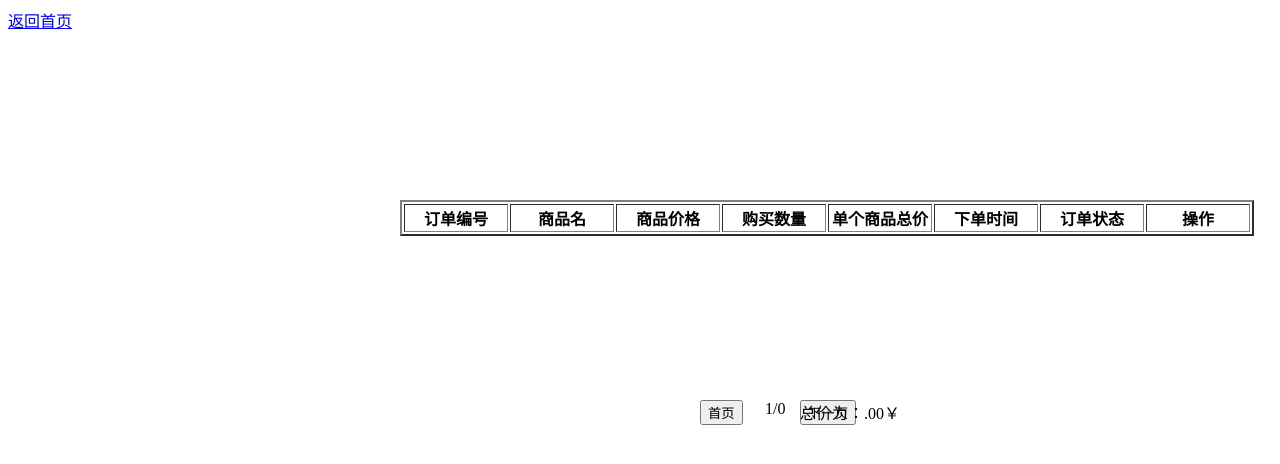
Repository: Gale-student/Gale-student.github.io
Page: http://localhost/weshop/OrdersDetailUnpaidQueryServlet
These files come from the project's save history. The page is drawn as it stood at one moment and after the next save; the edit follows.
The browser window is 1280 px wide. The pictures show the whole page.
The page is served by Tomcat 9. Other server files are loaded and not shown. Queries for data that is not in the repository find no rows.

Above is the page before, as saved 2022-10-05 11:03:58.

### WeShop/weshop/WebRoot/WEB-INF/jsp/OrdersUnpaidQueryOfUser.jsp
<%@ page language="java" import="java.util.*,com.company.entity.*" pageEncoding="utf-8"%>
<%
String path = request.getContextPath();
String basePath = request.getScheme()+"://"+request.getServerName()+":"+request.getServerPort()+path+"/";
%>

<!DOCTYPE HTML PUBLIC "-//W3C//DTD HTML 4.01 Transitional//EN">
<html>
  <head>
    <base href="<%=basePath%>">

    <title>My JSP 'OrdersUnpaidQueryOfUser.jsp' starting page</title>

	<meta http-equiv="pragma" content="no-cache">
	<meta http-equiv="cache-control" content="no-cache">
	<meta http-equiv="expires" content="0">
	<meta http-equiv="keywords" content="keyword1,keyword2,keyword3">
	<meta http-equiv="description" content="This is my page">
	<!--
	<link rel="stylesheet" type="text/css" href="styles.css">
	-->
  <%
      List<OrdersDetail> ordersDetailList = (List<OrdersDetail>)request.getAttribute("ordersDetailList");

      int currentPage = (Integer) session.getAttribute("currentPage");
      int allPage = (Integer) session.getAttribute("allPage");

      String upPage = "上一页";
      String downPage = "下一页";
      if(currentPage == 1){
         upPage = "首页";
      }
      if(currentPage == allPage){
         downPage = "尾页";
      }

      String totalPrice = (String) request.getAttribute("totalPrice");
      if(totalPrice == null){
         totalPrice = "";
      }
   %>
    <style type="text/css">
     th{
        width: 100px;
     }
     td{
        width: 100px;
     }
   </style>
  </head>

  <body>
   <a href="ShoppingHomePage.jsp">返回首页</a>
    <table style="position: absolute; left: 400px; top: 200px; text-align: center;" border="2" cellspacing="2">
       <tr>
          <th>订单编号</th>
          <th>商品名</th>
          <th>商品价格</th>
          <th>购买数量</th>
          <th>单个商品总价</th>
          <th>下单时间</th>
          <th>订单状态</th>
          <th>操作</th>
       </tr>
       <%for(int i = 0; i < ordersDetailList.size(); i ++){ %>
       <tr>
          <td><%=ordersDetailList.get(i).getOid() %></td>
          <td><%=ordersDetailList.get(i).getSname() %></td>
          <td><%=ordersDetailList.get(i).getSprice() %>.00￥</td>
          <td><%=ordersDetailList.get(i).getQuantity() %>.0</td>
          <td><%=ordersDetailList.get(i).getShopPrice() %>.00￥</td>
          <td><%=ordersDetailList.get(i).getDate() %></td>
          <td><%=ordersDetailList.get(i).getStatus() %></td>
          <td>
             <form action="OrdersCancelOfUserServlet" method="post">
                <input style="position: absolute; visibility: hidden;" type="text" value=<%=ordersDetailList.get(i).getOid() %> name="oid">
                <input type="submit" value="取消订单">
             </form>
          </td>
       </tr>
       <%} %>
    </table>
    <div style="position: absolute; left: 700px; top: 400px;">
    <form action="OrdersDetailUnpaidUpPageServlet" method="post">
       <input type="submit" value=<%=upPage %>>
    </form>
    <label style="position: absolute; top: 0px; left: 65px;"><%=currentPage + "/" + allPage %></label>
    <form style="position: absolute; top: 0px; left: 100px;" action="OrdersDetailUnpaidDownPageServlet" method="post">
       <input type="submit" value=<%=downPage %>>
    </form>

    </div>
    <label style="position: absolute; left: 800px; top: 400px;">总价为：<%=totalPrice %>.00￥</label>
  </body>
</html>

### WeShop/weshop/src/com/company/controller/OrdersDetailUnpaidQueryServlet.java
package com.company.controller;

import java.io.IOException;
import java.io.PrintWriter;
import java.util.List;

import javax.servlet.ServletException;
import javax.servlet.http.HttpServlet;
import javax.servlet.http.HttpServletRequest;
import javax.servlet.http.HttpServletResponse;
import javax.servlet.http.HttpSession;

import com.company.entity.OrdersDetail;
import com.company.service.OrdersService;
import com.company.service.OrdersServiceImpl;

public class OrdersDetailUnpaidQueryServlet extends HttpServlet {

	/**
	 * The doGet method of the servlet. <br>
	 *
	 * This method is called when a form has its tag value method equals to get.
	 *
	 * @param request the request send by the client to the server
	 * @param response the response send by the server to the client
	 * @throws ServletException if an error occurred
	 * @throws IOException if an error occurred
	 */
	public void doGet(HttpServletRequest request, HttpServletResponse response)
			throws ServletException, IOException {

		doPost(request, response);
	}

	/**
	 * The doPost method of the servlet. <br>
	 *
	 * This method is called when a form has its tag value method equals to post.
	 *
	 * @param request the request send by the client to the server
	 * @param response the response send by the server to the client
	 * @throws ServletException if an error occurred
	 * @throws IOException if an error occurred
	 */
	public void doPost(HttpServletRequest request, HttpServletResponse response)
			throws ServletException, IOException {

		HttpSession hs = request.getSession();
		String uid = (String)hs.getAttribute("uid");
		OrdersService ordersService = new OrdersServiceImpl();
		try {
			List<OrdersDetail> ordersDetailList = ordersService.queryOrdersDetailUnpaid(uid, 0);
			int allRows = ordersService.OrdersDetailUnpaidAllRows(uid);
			int allPage = allRows / 3;
			if(allRows % 3 != 0){
				allPage ++;
			}
			String totalPrice = ordersService.queryTotalPriceOfUserUnpaidOrders(uid);
			request.setAttribute("totalPrice", totalPrice);
			hs.setAttribute("allPage", allPage);
			hs.setAttribute("currentPage", 1);
			request.setAttribute("ordersDetailList", ordersDetailList);
			request.getRequestDispatcher("WEB-INF/jsp/OrdersUnpaidQueryOfUser.jsp").forward(request, response);
		} catch (Exception e) {
			// TODO Auto-generated catch block
			e.printStackTrace();
		}

	}

}

### WeShop/weshop/src/com/company/service/OrdersServiceImpl.java
package com.company.service;

import java.util.List;

import com.company.dao.OrdersDao;
import com.company.dao.OrdersDaoImpl;
import com.company.entity.Orders;
import com.company.entity.OrdersDetail;

public class OrdersServiceImpl implements OrdersService {
	private OrdersDao ordersDao = new OrdersDaoImpl();

    //获取订单表总行数
	public int OrdersAllRows() throws Exception {
		int ordersAllRows = ordersDao.OrdersAllRows();
		return ordersAllRows;
	}

    //添加订单(购买 下单 默认未支付状态)
	public void addOrders(String uid, String sid, String quantity)
			throws Exception {
		ordersDao.insertOrders(uid, sid, quantity);
	}

    //取消订单
	public void cancelOrders(String oid) throws Exception {
		ordersDao.deleteOrders(oid);
	}

    //订单表分页
	public List<Orders> ordersPagingQuery(int page) throws Exception {
		List<Orders> ordersList = ordersDao.ordersPaging(page * 3, 3);
		return ordersList;
	}

    //根据订单编号查订单
	public List<Orders> queryOrdersByOid(String oid) throws Exception {
		List<Orders> ordersList = ordersDao.selectOrdersByOid(oid);
		return ordersList;
	}

    //查看未支付订单
	public List<Orders> queryOrdersByStatusUnpaid() throws Exception {
		List<Orders> ordersList = ordersDao.selectOrdersByStatusUnpaid();
		return ordersList;
	}

	//通过用户ID查订单
	public List<Orders> queryOrdersByUid(String uid) throws Exception {
		List<Orders> ordersList = ordersDao.selectOrdersByUid(uid);
		return ordersList;
	}

	//修改商品数量
	public void modifyQuantity(String sid, String quantity) throws Exception {
		ordersDao.updateQuantity(sid, quantity);
	}

	//查找所有订单
	public List<Orders> queryAllOrders() throws Exception {
		List<Orders> ordersList = ordersDao.selectAllOrders();
		return ordersList;
	}

	//查看用户所有订单详情
	public List<OrdersDetail> selectOrdersDetail(String uid, int page) throws Exception {
		List<OrdersDetail> ordersDetailList = ordersDao.selectOrdersDetail(uid, page * 3, 3);
		return ordersDetailList;
	}

	//获取用户订单表总行数
	public int OrdersDetailAllRows(String uid) throws Exception {
		int ordersDetailAllRows = ordersDao.OrdersDetailAllRows(uid);
		return ordersDetailAllRows;
	}

	//获取用户未支付订单总行数
	public int OrdersDetailUnpaidAllRows(String uid) throws Exception {
		int ordersDetailUnpaidAllRows = ordersDao.OrdersDetailUnpaidAllRows(uid);
		return ordersDetailUnpaidAllRows;
	}

	//查看用户未支付订单详情
	public List<OrdersDetail> queryOrdersDetailUnpaid(String uid, int page) throws Exception {
		List<OrdersDetail> ordersDetaiUnpaidlList = ordersDao.selectOrdersDetailUnpaid(uid, page * 3, 3);
		return ordersDetaiUnpaidlList;
	}

	public String queryTotalPriceOfUserUnpaidOrders(String uid)
			throws Exception {
		String totalPrice = ordersDao.selectTotalPriceOfUserUnpaidOrders(uid);
		return totalPrice;
	}


}

### WeShop/weshop/src/com/company/dao/OrdersDao.java
package com.company.dao;

import java.util.List;

import com.company.entity.Orders;
import com.company.entity.OrdersDetail;

public interface OrdersDao {
	//删除订单(取消订单)
	public void deleteOrders(String oid) throws Exception;
	//订单表分页
	public List<Orders> ordersPaging(int offset, int count) throws Exception;
	//获取订单表总行数
	public int OrdersAllRows() throws Exception;
	//根据订单号查找订单
	public List<Orders> selectOrdersByOid(String oid) throws Exception;
	//查看未支付订单
	public List<Orders> selectOrdersByStatusUnpaid() throws Exception;
	//用户下单(添加订单)
	public void insertOrders(String uid, String sid, String quantity) throws Exception;
	//根据用户ID查订单
	public List<Orders> selectOrdersByUid(String uid) throws Exception;
	//更新订单中商品数量
	public void updateQuantity(String sid, String quantity) throws Exception;
	//查寻所有订单
	public List<Orders> selectAllOrders() throws Exception;
	//订单详情表分页(用户)
	public List<OrdersDetail> selectOrdersDetail(String uid, int offset, int count) throws Exception;
	//获取用户订单表总行数
	public int OrdersDetailAllRows(String uid) throws Exception;
	//用户未支付订单分页查询
	public List<OrdersDetail> selectOrdersDetailUnpaid(String uid, int offset, int count) throws Exception;
	//获取用户未支付订单表总行数
	public int OrdersDetailUnpaidAllRows(String uid) throws Exception;
	//获取所有未支付订单的总价
	public String selectTotalPriceOfUserUnpaidOrders(String uid) throws Exception;
}

### WeShop/weshop/src/com/company/dao/OrdersDaoImpl.java
package com.company.dao;

import java.sql.Connection;
import java.sql.Date;
import java.sql.DriverManager;
import java.sql.PreparedStatement;
import java.sql.ResultSet;
import java.text.DateFormat;
import java.util.ArrayList;
import java.util.List;

import com.company.entity.Orders;
import com.company.entity.OrdersDetail;
import com.company.entity.User;

public class OrdersDaoImpl implements OrdersDao {
	private String url = "jdbc:mysql://localhost:3306/test?characterEncoding=utf-8";
    private String username = "root";
    private String password = "root";

    //获取订单表总行数(管理员)
	public int OrdersAllRows() throws Exception {
		Class.forName("com.mysql.jdbc.Driver");
		Connection conn = DriverManager.getConnection(url, username, password);
		String sql = " select count(*) as rows from orders ";
		PreparedStatement ps = conn.prepareStatement(sql);
		ResultSet rs = ps.executeQuery();
		rs.next();
		int rows = rs.getInt("rows");
		return rows;
	}

    //删除订单(管理员)
	public void deleteOrders(String oid) throws Exception {
		Class.forName("com.mysql.jdbc.Driver");
		Connection conn = DriverManager.getConnection(url, username, password);
		String sql = " delete from orders where oid = ? ";
		PreparedStatement ps = conn.prepareStatement(sql);
		ps.setString(1, oid);
		ps.execute();
		conn.close();

	}

    //订单表分页(管理员)
	public List<Orders> ordersPaging(int offset, int count) throws Exception {
		Class.forName("com.mysql.jdbc.Driver");
		Connection conn = DriverManager.getConnection(url, username, password);
		String sql = " select * from orders limit ?, ? ";
		PreparedStatement ps = conn.prepareStatement(sql);
		ps.setInt(1, offset);
		ps.setInt(2, count);
		ResultSet rs = ps.executeQuery();
		List<Orders> ordersList = new ArrayList<Orders>();
		while(rs.next()){
			String oid = rs.getString("oid");
			String uid = rs.getString("uid");
			String sid = rs.getString("sid");
			String quantity = rs.getString("quantity");
			String date = rs.getString("date");
			String status = rs.getString("status");
			Orders orders = new Orders();
			orders.setOid(oid);
			orders.setUid(uid);
			orders.setSid(sid);
			orders.setQuantity(quantity);
			orders.setDate(date);
			orders.setStatus(status);
            ordersList.add(orders);
		}
		return ordersList;
	}

    //根据订单号查找订单(管理员)
	public List<Orders> selectOrdersByOid(String oid) throws Exception {
		Class.forName("com.mysql.jdbc.Driver");
		Connection conn = DriverManager.getConnection(url, username, password);
		String sql = " select * from orders where oid = ? ";
		PreparedStatement ps = conn.prepareStatement(sql);
		ps.setString(1, oid);
		ResultSet rs = ps.executeQuery();
		List<Orders> ordersList = new ArrayList<Orders>();
		while(rs.next()){
			String uid = rs.getString("uid");
			String sid = rs.getString("sid");
			String quantity = rs.getString("quantity");
			String date = rs.getString("date");
			String status = rs.getString("status");
			Orders orders = new Orders();
			orders.setOid(oid);
			orders.setUid(uid);
			orders.setSid(sid);
			orders.setQuantity(quantity);
			orders.setDate(date);
			orders.setStatus(status);
			ordersList.add(orders);
		}
		return ordersList;
	}

    //查看未支付订单(管理员)
	public List<Orders> selectOrdersByStatusUnpaid() throws Exception {
		Class.forName("com.mysql.jdbc.Driver");
		Connection conn = DriverManager.getConnection(url, username, password);
		String sql = " select * from orders where status = '0' ";
		PreparedStatement ps = conn.prepareStatement(sql);
		ResultSet rs = ps.executeQuery();
		List<Orders> ordersList = new ArrayList<Orders>();
		while(rs.next()){
			String oid = rs.getString("oid");
			String uid = rs.getString("uid");
			String sid = rs.getString("sid");
			String quantity = rs.getString("quantity");
			String date = rs.getString("date");
			String status = rs.getString("status");
			Orders orders = new Orders();
			orders.setOid(oid);
			orders.setUid(uid);
			orders.setSid(sid);
			orders.setQuantity(quantity);
			orders.setDate(date);
			orders.setStatus(status);
			ordersList.add(orders);
		}
		return ordersList;
	}

	//添加订单(用户购买)
	public void insertOrders(String uid, String sid, String quantity) throws Exception {
		Class.forName("com.mysql.jdbc.Driver");
		Connection conn = DriverManager.getConnection(url, username, password);

		System.currentTimeMillis();
		String oid = "" + System.currentTimeMillis();
		String sql = " insert into orders values ( ?, ?, ?, ?, now(), 0 ) ";
		PreparedStatement ps = conn.prepareStatement(sql);
		ps.setString(1, oid);
		ps.setString(2, uid);
		ps.setString(3, sid);
		ps.setString(4, quantity);
		ps.execute();
		conn.close();

	}

	//根据用户ID查询订单(管理员)
	public List<Orders> selectOrdersByUid(String uid) throws Exception {
		Class.forName("com.mysql.jdbc.Driver");
		Connection conn = DriverManager.getConnection(url, username, password);
		String sql = " select * from orders where uid = ? ";
		PreparedStatement ps = conn.prepareStatement(sql);
		ps.setString(1, uid);
		ResultSet rs = ps.executeQuery();
		List<Orders> ordersList = new ArrayList<Orders>();
		while(rs.next()){
			String oid = rs.getString("oid");
			String sid = rs.getString("sid");
			String quantity = rs.getString("quantity");
			String date = rs.getString("date");
			String status = rs.getString("status");
			Orders orders = new Orders();
			orders.setOid(oid);
			orders.setUid(uid);
			orders.setSid(sid);
			orders.setQuantity(quantity);
			orders.setDate(date);
			orders.setStatus(status);
			ordersList.add(orders);
		}
		return ordersList;
	}

	//更新订单中商品数量(用户 添加相同商品)
	public void updateQuantity(String sid, String quantity) throws Exception {
		Class.forName("com.mysql.jdbc.Driver");
		Connection conn = DriverManager.getConnection(url, username, password);
		String sql = " update orders set quantity = quantity + ? where sid = ? and status = 0 ";
		PreparedStatement ps = conn.prepareStatement(sql);
		ps.setString(1, quantity);
		ps.setString(2, sid);
		ps.execute();
		conn.close();
	}

	//查询所有订单(管理员)
	public List<Orders> selectAllOrders() throws Exception {
		Class.forName("com.mysql.jdbc.Driver");
		Connection conn = DriverManager.getConnection(url, username, password);
		String sql = " select * from orders ";
		PreparedStatement ps = conn.prepareStatement(sql);
		ResultSet rs = ps.executeQuery();
		List<Orders> ordersList = new ArrayList<Orders>();
		while(rs.next()){
			String oid = rs.getString("oid");
			String uid = rs.getString("uid");
			String sid = rs.getString("sid");
			String quantity = rs.getString("quantity");
			String date = rs.getString("date");
			String status = rs.getString("status");
			Orders orders = new Orders();
			orders.setOid(oid);
			orders.setUid(uid);
			orders.setSid(sid);
			orders.setQuantity(quantity);
			orders.setDate(date);
			orders.setStatus(status);
			ordersList.add(orders);
		}
		return ordersList;
	}

	//用户订单详情表分页
	public List<OrdersDetail> selectOrdersDetail(String uid, int offset, int count) throws Exception {
		Class.forName("com.mysql.jdbc.Driver");
		Connection conn = DriverManager.getConnection(url, username, password);
		String sql = " select o.oid, o.uid, s.sname, s.sprice, o.quantity,  " +
				"(o.quantity * s.sprice) as shopPrice, o.date, o.status from orders " +
				"o inner join shop s where s.sid = o.sid and o.uid = ? limit ?, ? ";
		PreparedStatement ps = conn.prepareStatement(sql);
		ps.setString(1, uid);
		ps.setInt(2, offset);
		ps.setInt(3, count);
		ResultSet rs = ps.executeQuery();
		List<OrdersDetail> ordersDetailList = new ArrayList<OrdersDetail>();
		while(rs.next()){
			String oid = rs.getString("oid");
			String sname = rs.getString("sname");
			String sprice = rs.getString("sprice");
			String quantity = rs.getString("quantity");
			String shopPrice = rs.getString("shopPrice");
			String date = rs.getString("date");
			String status = rs.getString("status");
			OrdersDetail ordersDetail = new OrdersDetail();
			ordersDetail.setOid(oid);
			ordersDetail.setUid(uid);
			ordersDetail.setSname(sname);
			ordersDetail.setSprice(sprice);
			ordersDetail.setQuantity(quantity);
			ordersDetail.setShopPrice(shopPrice);
			ordersDetail.setDate(date);
			ordersDetail.setStatus(status);
			ordersDetailList.add(ordersDetail);
		}
		return ordersDetailList;
	}

	//获取用户订单详情表总行数
	public int OrdersDetailAllRows(String uid) throws Exception {
		Class.forName("com.mysql.jdbc.Driver");
		Connection conn = DriverManager.getConnection(url, username, password);
		String sql = " select count(*) as rows from orders where uid = ? ";
		PreparedStatement ps = conn.prepareStatement(sql);
		ps.setString(1, uid);
		ResultSet rs = ps.executeQuery();
		rs.next();
		int rows = rs.getInt("rows");
		conn.close();
		return rows;
	}

	//获取用户未支付订单总行数
	public int OrdersDetailUnpaidAllRows(String uid) throws Exception {
		Class.forName("com.mysql.jdbc.Driver");
		Connection conn = DriverManager.getConnection(url, username, password);
		String sql = " select count(*) as rows from orders where uid = ? and status = 0 ";
		PreparedStatement ps = conn.prepareStatement(sql);
		ps.setString(1, uid);
		ResultSet rs = ps.executeQuery();
		rs.next();
		int rows = rs.getInt("rows");
		conn.close();
		return rows;
	}

	//查询用户未支付订单
	public List<OrdersDetail> selectOrdersDetailUnpaid(String uid, int offset,
			int count) throws Exception {
		Class.forName("com.mysql.jdbc.Driver");
		Connection conn = DriverManager.getConnection(url, username, password);
		String sql = " select o.oid, o.uid, s.sname, s.sprice, o.quantity,  " +
				"(o.quantity * s.sprice) as shopPrice, o.date, o.status from orders " +
				"o inner join shop s where s.sid = o.sid and o.uid = ? and o.status = 0 limit ?, ? ";
		PreparedStatement ps = conn.prepareStatement(sql);
		ps.setString(1, uid);
		ps.setInt(2, offset);
		ps.setInt(3, count);
		ResultSet rs = ps.executeQuery();
		List<OrdersDetail> ordersDetailList = new ArrayList<OrdersDetail>();
		while(rs.next()){
			String oid = rs.getString("oid");
			String sname = rs.getString("sname");
			String sprice = rs.getString("sprice");
			String quantity = rs.getString("quantity");
			String shopPrice = rs.getString("shopPrice");
			String date = rs.getString("date");
			String status = rs.getString("status");
			OrdersDetail ordersDetail = new OrdersDetail();
			ordersDetail.setOid(oid);
			ordersDetail.setUid(uid);
			ordersDetail.setSname(sname);
			ordersDetail.setSprice(sprice);
			ordersDetail.setQuantity(quantity);
			ordersDetail.setShopPrice(shopPrice);
			ordersDetail.setDate(date);
			ordersDetail.setStatus(status);
			ordersDetailList.add(ordersDetail);
		}
		return ordersDetailList;
	}

	//获取用户未支付订单的总价
	public String selectTotalPriceOfUserUnpaidOrders(String uid)
			throws Exception {
		Class.forName("com.mysql.jdbc.Driver");
		Connection conn = DriverManager.getConnection(url, username, password);
		String sql = " select sum(o.quantity * s.sprice) as totalPrice from orders o inner join shop s where uid = ? and status = 0 ";
		PreparedStatement ps = conn.prepareStatement(sql);
		ps.setString(1, uid);
		ResultSet rs = ps.executeQuery();
		rs.next();
		String totalPrice = rs.getString("totalPrice");
		return totalPrice;
	}

}

After the next save:
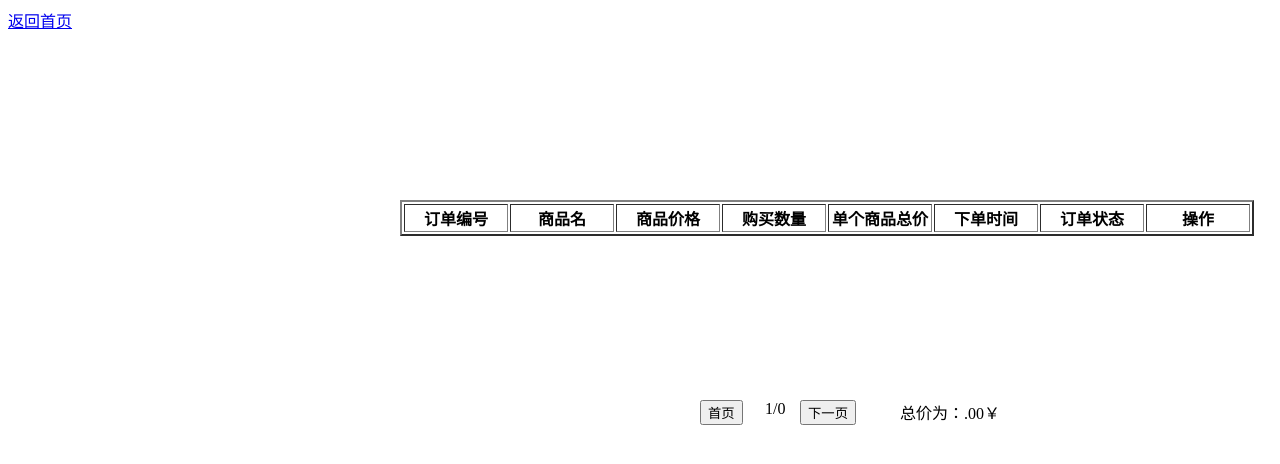
Saved 2 h 0 min later.
--- a/WeShop/weshop/WebRoot/WEB-INF/jsp/OrdersUnpaidQueryOfUser.jsp
+++ b/WeShop/weshop/WebRoot/WEB-INF/jsp/OrdersUnpaidQueryOfUser.jsp
@@ -90,6 +90,6 @@ String basePath = request.getScheme()+"://"+request.getServerName()+":"+request.
     </form>
 
     </div>
-    <label style="position: absolute; left: 800px; top: 400px;">总价为：<%=totalPrice %>.00￥</label>
+    <label style="position: absolute; left: 900px; top: 400px;">总价为：<%=totalPrice %>.00￥</label>
   </body>
 </html>
